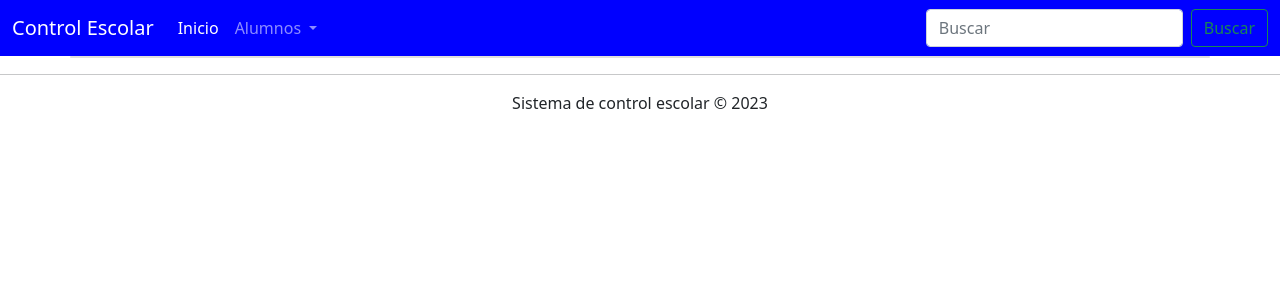
Repository: terrazasjuancarlos/cursoLaravel2-master
Page: http://localhost/alumnos
These files come from the project's save history. The page is drawn as it stood at one moment and after the next save; the edit follows.
The browser window is 1280 px wide. The pictures show the whole page.
The page is served by the project's Laravel application, run on PHP 8.4 with Laravel 10.

Above is the page before, as saved 2023-10-19 18:54:26.

After the next save:
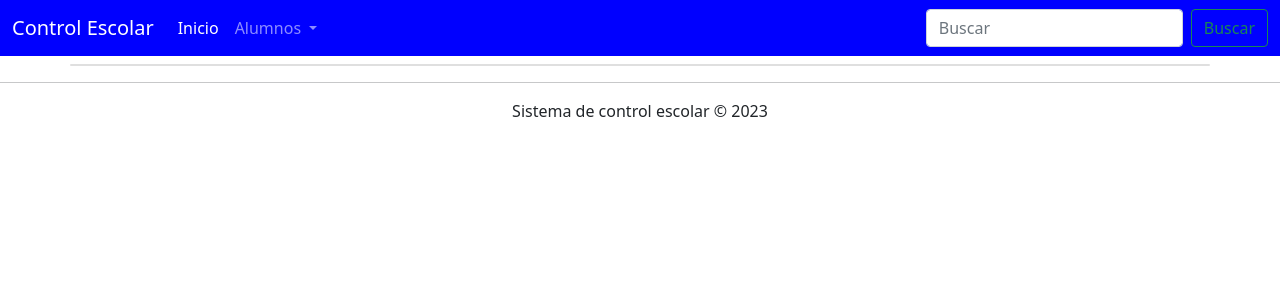
Saved 6 s later.
--- a/resources/views/master.blade.php
+++ b/resources/views/master.blade.php
@@ -43,7 +43,7 @@
 
     <div class="container">
         <div class="row">
-            <div class="col-12 card">
+            <div class="col-12 card mt-2">
                 @yield('contenido')
             </div>
         </div>
